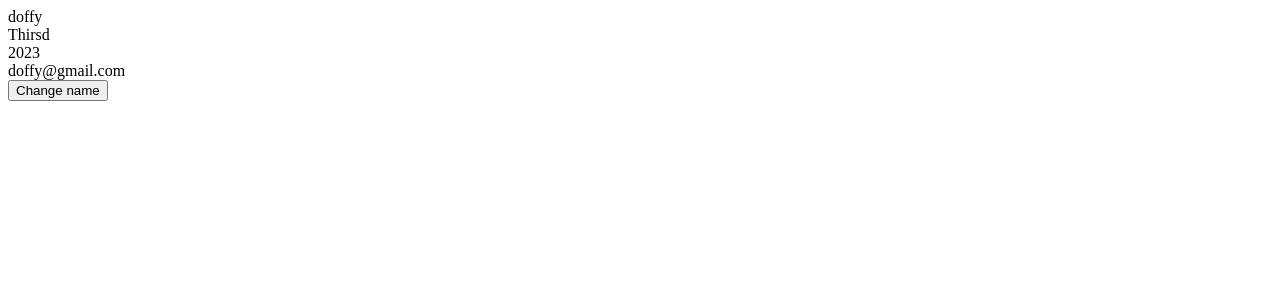
Repository: 16-Doffy/Pizza-Store
Page: /
An editor plug-in stored every save of this project. The page is shown before and after the next save, followed by the edit.
The browser window is 1280 px wide. The pictures show the whole page.
The project was rebuilt for these pictures with package versions that can differ from the ones it lists, and the page was loaded fresh each time.

Above is the page before, as saved 2025-02-06 21:36:30.

After the next save:
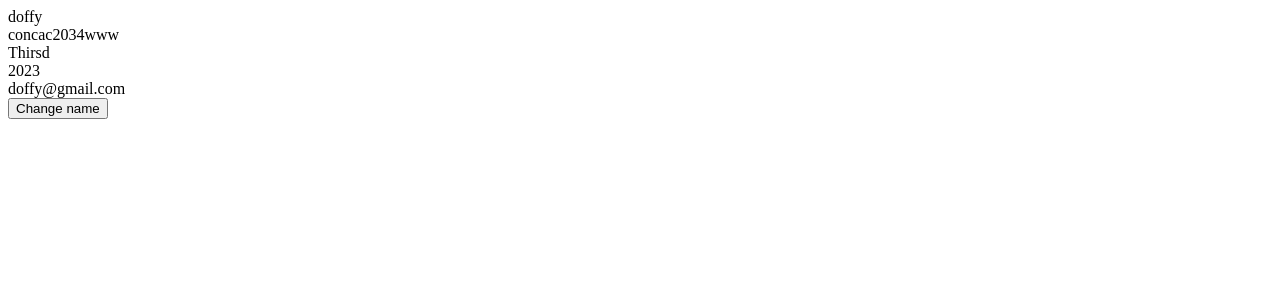
Saved 60 s later.
--- a/src/App.tsx
+++ b/src/App.tsx
@@ -1,25 +1,25 @@
-import React from 'react';
-import './App.css';
+import React from "react";
+import "./App.css";
 
 function App() {
   let name = "doffy";
-  const nameList = ['concac','2034','www']
+  const nameList = ["concac", "2034", "www"];
   const nameObj = {
-    name:'Thirsd',
-    old:2023,
-    email:'doffy@gmail.com'
-  }
+    name: "Thirsd",
+    old: 2023,
+    email: "doffy@gmail.com",
+  };
   const handleChangeName = () => {
-    name = 'thanhngan';
-
-  }
+    name = "thanhngan";
+  };
   return (
     <div className="App">
-<div>{name}</div>
-   <div>{nameObj.name}</div>
-   <div>{nameObj.old}</div>
-   <div>{nameObj.email}</div>
-   <button onClick={handleChangeName}>Change name</button>
+      <div>{name}</div>
+      <div>{nameList}</div>
+      <div>{nameObj.name}</div>
+      <div>{nameObj.old}</div>
+      <div>{nameObj.email}</div>
+      <button onClick={handleChangeName}>Change name</button>
     </div>
   );
 }
